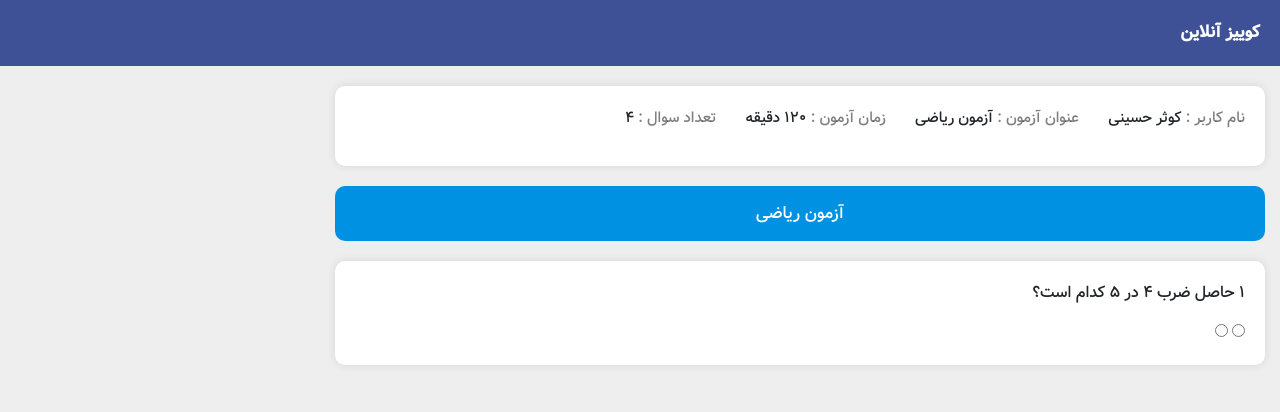
Repository: kosar78/quiz-online
Page: quiz.html
The author's editor kept a copy of each file at every save. The page is drawn from the files as they stood at one save, then again after the next save.
The browser window is 1280 px wide. The pictures show the whole page.
Some web libraries are served in a nearby version.

Above is the page before, as saved 2022-01-09 21:22:00.

After the next save:
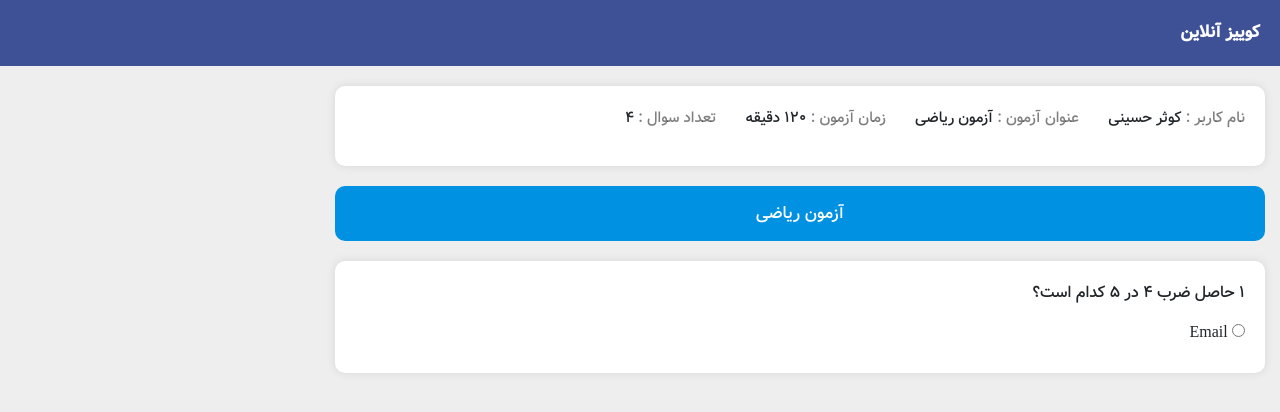
Saved 4 min 55 s later.
--- a/quiz.html
+++ b/quiz.html
@@ -57,8 +57,8 @@
                         <li class="question-face">حاصل ضرب 4 در 5 کدام است؟</li>
                     </ul>
                     <div class="q-options">
-                        <input type="radio" name="" id="">
-                        <input type="radio" name="" id="">
+                        <input type="radio" id="choice1" >
+                        <label for="choice1">Email</label>
                     </div>
                 </div>
             </div>
